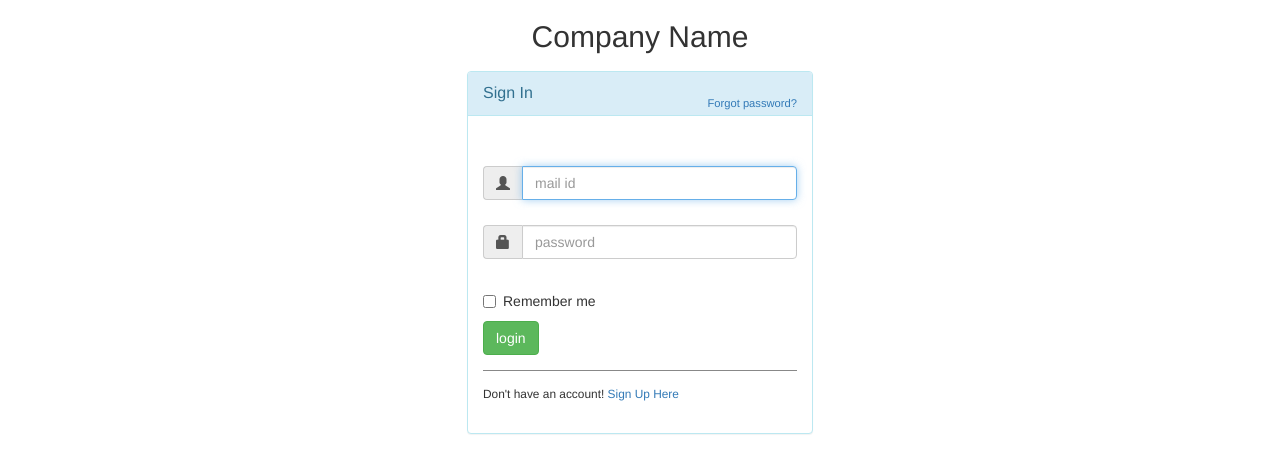
Repository: jayakumar721/projects
Page: TestEngine/WebContent/Login.html
These files come from the project's save history. The page is drawn as it stood at one moment and after a run of saves; the edit follows.
The browser window is 1280 px wide. The pictures show the whole page.
Some web libraries are served in a nearby version.

Above is the page before, as saved 2017-11-27 05:51:20.

After the next 2 saves:
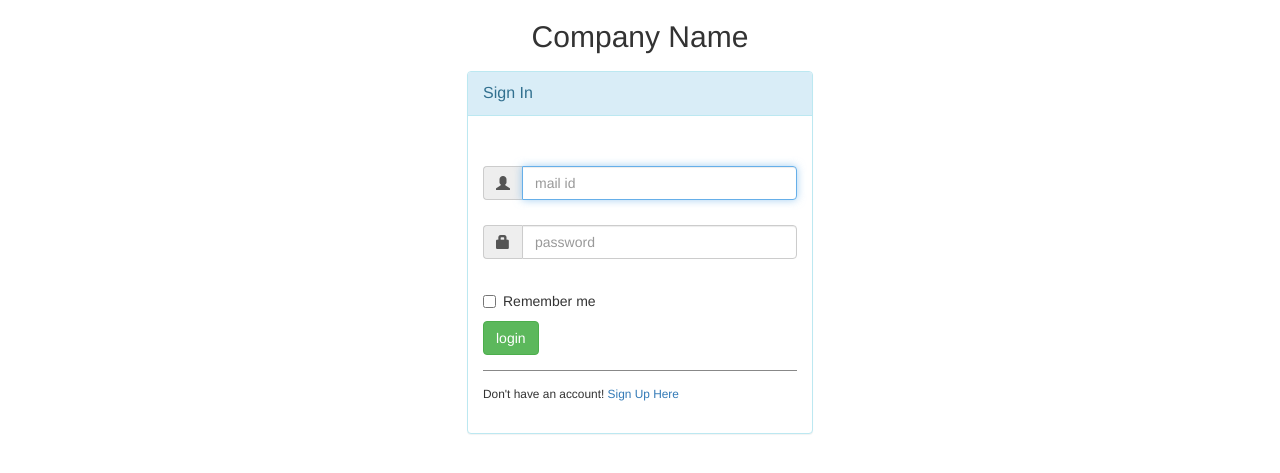
The 2 saves are shown as one change because they came seconds apart.
The last was saved 34 min 4 s later.
--- a/TestEngine/WebContent/Login.html
+++ b/TestEngine/WebContent/Login.html
@@ -45,10 +45,7 @@
 			<div class="panel panel-info">
 				<div class="panel-heading">
 					<div class="panel-title">Sign In</div>
-					<div
-						style="float: right; font-size: 80%; position: relative; top: -10px">
-						<a href="#">Forgot password?</a>
-					</div>
+
 				</div>
 
 				<div style="padding-top: 30px" class="panel-body">
@@ -57,7 +54,7 @@
 						class="alert alert-danger col-sm-12"></div>
 					<label id="l1"></label>
 					<form id="loginform" class="form-horizontal" role="form"
-						action="UserValidateServlet" method = "post">
+						action="UserValidateServlet" method="post">
 
 						<div style="margin-bottom: 25px" class="input-group">
 							<span class="input-group-addon"><i
@@ -88,7 +85,8 @@
 						<div style="margin-top: 10px" class="form-group">
 							<!-- Button -->
 							<div class="col-sm-12 controls">
-								<input type = "submit" name = "login" class="btn btn-success" value="login">
+								<input type="submit" name="login" class="btn btn-success"
+									value="login">
 							</div>
 						</div>
 
@@ -124,7 +122,7 @@
 				</div>
 				<div class="panel-body">
 					<form id="signupform" class="form-horizontal" role="form"
-						action="UserValidateServlet" method = "post">
+						action="UserValidateServlet" method="post">
 
 						<div id="signupalert" style="display: none"
 							class="alert alert-danger">
@@ -175,7 +173,8 @@
 						<div class="form-group">
 							<!-- Button -->
 							<div class="col-md-offset-4 col-md-9">
-								<input name="login" type="submit" class="btn btn-info" value = "Sign up">
+								<input name="login" type="submit" class="btn btn-info"
+									value="Sign up">
 
 							</div>
 						</div>

After the save that followed:
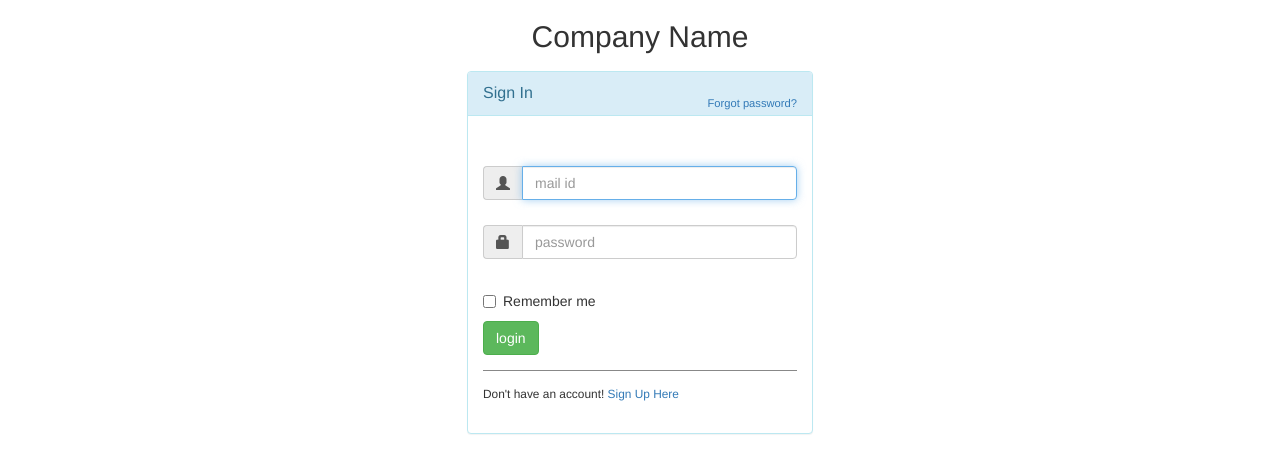
Saved 20 s later.
--- a/TestEngine/WebContent/Login.html
+++ b/TestEngine/WebContent/Login.html
@@ -45,7 +45,10 @@
 			<div class="panel panel-info">
 				<div class="panel-heading">
 					<div class="panel-title">Sign In</div>
-
+					<div
+						style="float: right; font-size: 80%; position: relative; top: -10px">
+						<a href="#">Forgot password?</a>
+					</div>
 				</div>
 
 				<div style="padding-top: 30px" class="panel-body">
@@ -54,7 +57,7 @@
 						class="alert alert-danger col-sm-12"></div>
 					<label id="l1"></label>
 					<form id="loginform" class="form-horizontal" role="form"
-						action="UserValidateServlet" method="post">
+						action="UserValidateServlet" method = "post">
 
 						<div style="margin-bottom: 25px" class="input-group">
 							<span class="input-group-addon"><i
@@ -85,8 +88,7 @@
 						<div style="margin-top: 10px" class="form-group">
 							<!-- Button -->
 							<div class="col-sm-12 controls">
-								<input type="submit" name="login" class="btn btn-success"
-									value="login">
+								<input type = "submit" name = "login" class="btn btn-success" value="login">
 							</div>
 						</div>
 
@@ -122,7 +124,7 @@
 				</div>
 				<div class="panel-body">
 					<form id="signupform" class="form-horizontal" role="form"
-						action="UserValidateServlet" method="post">
+						action="UserValidateServlet" method = "post">
 
 						<div id="signupalert" style="display: none"
 							class="alert alert-danger">
@@ -173,8 +175,7 @@
 						<div class="form-group">
 							<!-- Button -->
 							<div class="col-md-offset-4 col-md-9">
-								<input name="login" type="submit" class="btn btn-info"
-									value="Sign up">
+								<input name="login" type="submit" class="btn btn-info" value = "Sign up">
 
 							</div>
 						</div>
